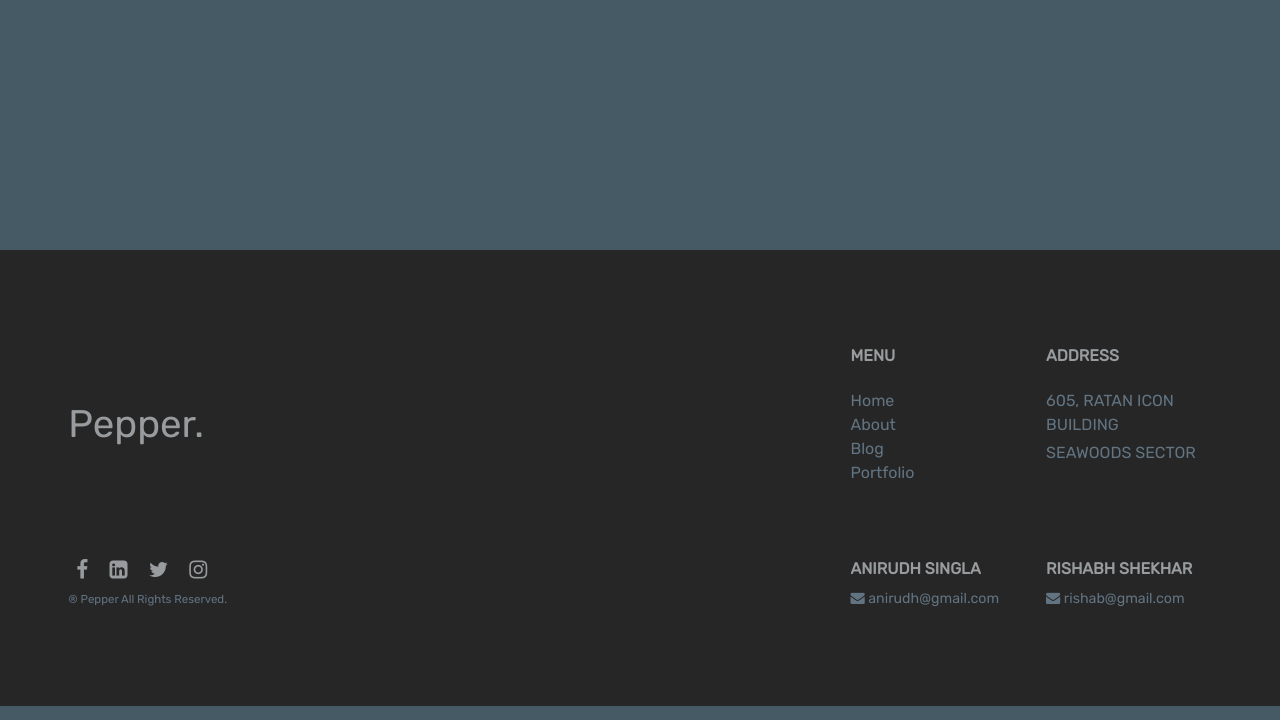
Repository: Yasmeen198/The_Project
Page: http://localhost/Shopify_Frontend/WEB-INF/views/footer.jsp
An editor plug-in stored every save of this project. The page is shown before and after the next save, followed by the edit.
The browser window is 1280 px wide. The pictures show the whole page.
Some web libraries are served in a nearby version. The page is served by Tomcat 9. Nobody is signed in. Other server files are loaded and not shown. The template is opened directly, without the code that normally fills it, so the values that code supplies are empty.

Above is the page before, as saved 2021-05-23 09:00:50.

### Shopify_Frontend/src/main/webapp/WEB-INF/views/footer.jsp
<!DOCTYPE html>
<html lang="en">
<head>
  <title>Bootstrap 4 Footer with Social icons</title>
  <meta charset="utf-8">
  <meta name="viewport" content="width=device-width, initial-scale=1">
  <link rel="stylesheet" href="https://maxcdn.bootstrapcdn.com/bootstrap/4.1.3/css/bootstrap.min.css">
  <script src="https://ajax.googleapis.com/ajax/libs/jquery/3.3.1/jquery.min.js"></script>
  <script src="https://cdnjs.cloudflare.com/ajax/libs/popper.js/1.14.3/umd/popper.min.js"></script>
  <script src="https://maxcdn.bootstrapcdn.com/bootstrap/4.1.3/js/bootstrap.min.js"></script>
   <link href="https://maxcdn.bootstrapcdn.com/font-awesome/4.7.0/css/font-awesome.min.css" rel="stylesheet" >
   <style type="text/css">

 @import url('https://fonts.googleapis.com/css?family=Rubik&display=swap');

 body {
     background: linear-gradient(0deg, #fff, 50%, #DEEEFE);
     font-family: 'Rubik', sans-serif;
     background: #455A64;
     height: 100 !important
 }

 .container-fluid {
     overflow: hidden;
     margin-top: 250px;
     background: #262626;
     color: #627482 !important;
     margin-bottom: 0;
     padding-bottom: 0
 }

 small {
     font-size: calc(12px + (15 - 12) * ((100vw - 360px) / (1600 - 360))) !important
 }

 .bold-text {
     color: #989c9e !important
 }

 .mt-55 {
     margin-top: calc(50px + (60 - 50) * ((100vw - 360px) / (1600 - 360))) !important
 }

 h3 {
     font-size: calc(34px + (40 - 34) * ((100vw - 360px) / (1600 - 360))) !important
 }

 .social {
     font-size: 21px !important
 }

 .rights {
     font-size: calc(10px + (12 - 10) * ((100vw - 360px) / (1600 - 360))) !important
 }
   </style>
</head>
<body>
 <div class="container-fluid pb-0 mb-0 justify-content-center text-light ">
     <footer>
         <div class="row my-5 justify-content-center py-5">
             <div class="col-11">
                 <div class="row ">
                     <div class="col-xl-8 col-md-4 col-sm-4 col-12 my-auto mx-auto a">
                         <h3 class="text-muted mb-md-0 mb-5 bold-text">Pepper.</h3>
                     </div>
                     <div class="col-xl-2 col-md-4 col-sm-4 col-12">
                         <h6 class="mb-3 mb-lg-4 bold-text "><b>MENU</b></h6>
                         <ul class="list-unstyled">
                             <li>Home</li>
                             <li>About</li>
                             <li>Blog</li>
                             <li>Portfolio</li>
                         </ul>
                     </div>
                     <div class="col-xl-2 col-md-4 col-sm-4 col-12">
                         <h6 class="mb-3 mb-lg-4 text-muted bold-text mt-sm-0 mt-5"><b>ADDRESS</b></h6>
                         <p class="mb-1">605, RATAN ICON BUILDING</p>
                         <p>SEAWOODS SECTOR</p>
                     </div>
                 </div>
                 <div class="row ">
                     <div class="col-xl-8 col-md-4 col-sm-4 col-auto my-md-0 mt-5 order-sm-1 order-3 align-self-end">
                         <p class="social text-muted mb-0 pb-0 bold-text"> <span class="mx-2"><i class="fa fa-facebook" aria-hidden="true"></i></span> <span class="mx-2"><i class="fa fa-linkedin-square" aria-hidden="true"></i></span> <span class="mx-2"><i class="fa fa-twitter" aria-hidden="true"></i></span> <span class="mx-2"><i class="fa fa-instagram" aria-hidden="true"></i></span> </p><small class="rights"><span>&#174;</span> Pepper All Rights Reserved.</small>
                     </div>
                     <div class="col-xl-2 col-md-4 col-sm-4 col-auto order-1 align-self-end ">
                         <h6 class="mt-55 mt-2 text-muted bold-text"><b>ANIRUDH SINGLA</b></h6><small> <span><i class="fa fa-envelope" aria-hidden="true"></i></span> anirudh@gmail.com</small>
                     </div>
                     <div class="col-xl-2 col-md-4 col-sm-4 col-auto order-2 align-self-end mt-3 ">
                         <h6 class="text-muted bold-text"><b>RISHABH SHEKHAR</b></h6><small><span><i class="fa fa-envelope" aria-hidden="true"></i></span> rishab@gmail.com</small>
                     </div>
                 </div>
             </div>
         </div>
     </footer>
 </div>
  </body>
</html>

After the next save:
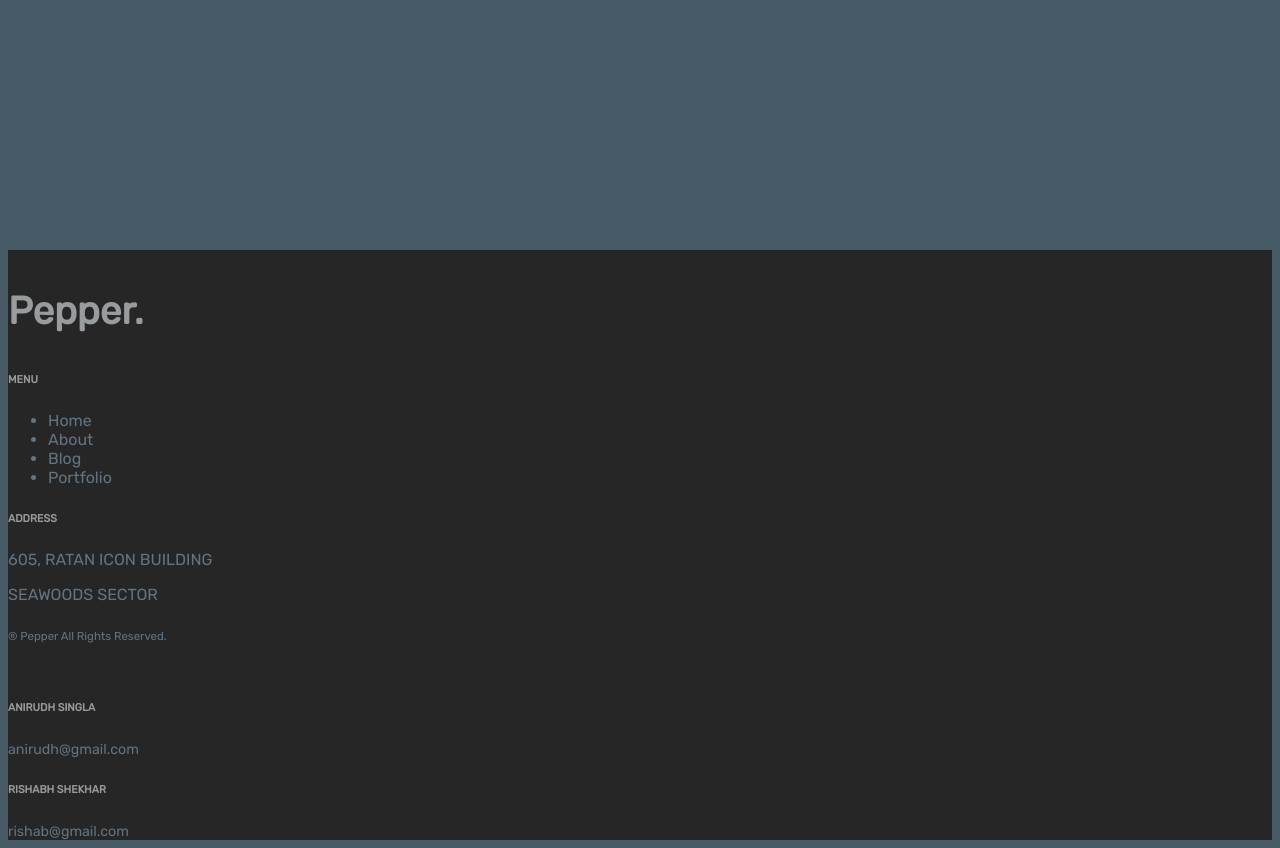
Console error: TypeError: Cannot read properties of undefined (reading 'fn')
Saved 3 min 8 s later.
--- a/Shopify_Frontend/src/main/webapp/WEB-INF/views/footer.jsp
+++ b/Shopify_Frontend/src/main/webapp/WEB-INF/views/footer.jsp
@@ -4,11 +4,10 @@
   <title>Bootstrap 4 Footer with Social icons</title>
   <meta charset="utf-8">
   <meta name="viewport" content="width=device-width, initial-scale=1">
-  <link rel="stylesheet" href="https://maxcdn.bootstrapcdn.com/bootstrap/4.1.3/css/bootstrap.min.css">
-  <script src="https://ajax.googleapis.com/ajax/libs/jquery/3.3.1/jquery.min.js"></script>
-  <script src="https://cdnjs.cloudflare.com/ajax/libs/popper.js/1.14.3/umd/popper.min.js"></script>
-  <script src="https://maxcdn.bootstrapcdn.com/bootstrap/4.1.3/js/bootstrap.min.js"></script>
-   <link href="https://maxcdn.bootstrapcdn.com/font-awesome/4.7.0/css/font-awesome.min.css" rel="stylesheet" >
+  <link href='https://stackpath.bootstrapcdn.com/bootstrap/4.3.1/css/bootstrap.min.css'>
+  <script src='https://stackpath.bootstrapcdn.com/bootstrap/4.3.1/js/bootstrap.bundle.min.js'></script>
+  <link href='https://cdnjs.cloudflare.com/ajax/libs/font-awesome/4.7.0/css/font-awesome.min.css'>
+  <script src='https://cdnjs.cloudflare.com/ajax/libs/jquery/3.2.1/jquery.min.js'></script>
    <style type="text/css">
 
  @import url('https://fonts.googleapis.com/css?family=Rubik&display=swap');
